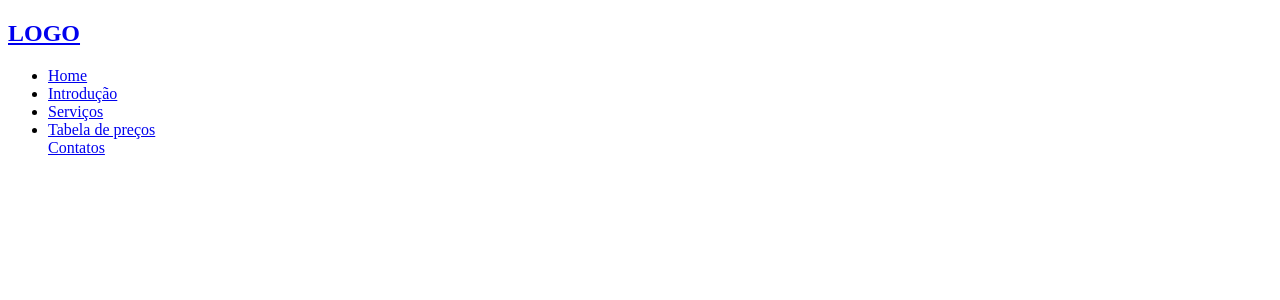
Repository: MarcioFreitasUFSC21/Proejct00
Page: ExampleSite/Assets/index2.html
These files come from the project's save history. The page is drawn as it stood at one moment and after the next save; the edit follows.
The browser window is 1280 px wide. The pictures show the whole page.

Above is the page before, as saved 2023-03-18 17:07:47.

After the next save:
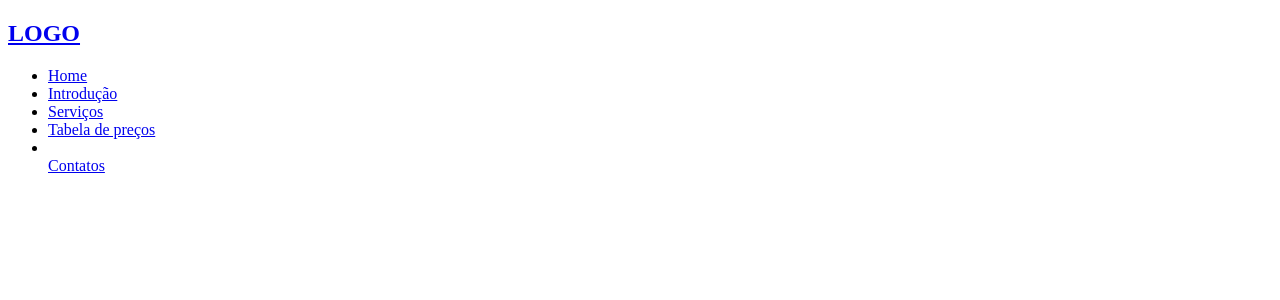
Saved 12 s later.
--- a/ExampleSite/Assets/index2.html
+++ b/ExampleSite/Assets/index2.html
@@ -16,7 +16,7 @@
                     <li><a href="#"> Introdução</a></li>
                     <li><a href="#"> Serviços</a></li>
                     <li><a href="#"> Tabela de preços</a></li>
-                    <a><a href="#"> Contatos</a></a></li>
+                    <li></li><a><a href="#"> Contatos</a></a></li>
 
                 </ul>
             </nav>

After the save that followed:
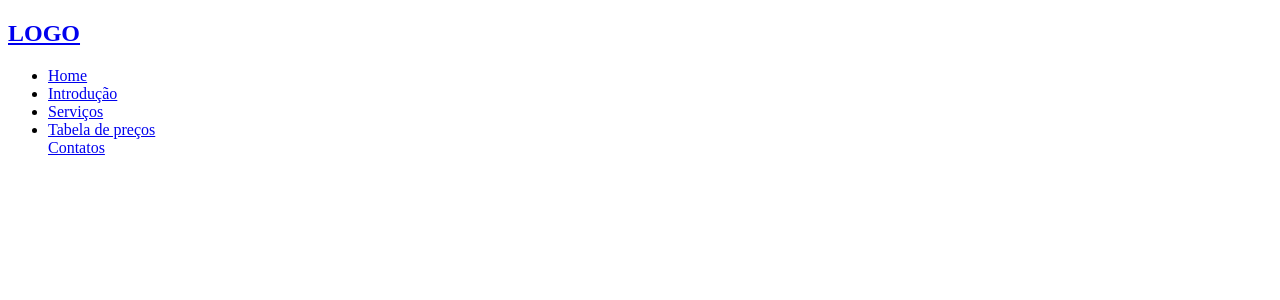
Saved 6 s later.
--- a/ExampleSite/Assets/index2.html
+++ b/ExampleSite/Assets/index2.html
@@ -16,7 +16,7 @@
                     <li><a href="#"> Introdução</a></li>
                     <li><a href="#"> Serviços</a></li>
                     <li><a href="#"> Tabela de preços</a></li>
-                    <li></li><a><a href="#"> Contatos</a></a></li>
+                    </li><a><a href="#"> Contatos</a></a></li>
 
                 </ul>
             </nav>
